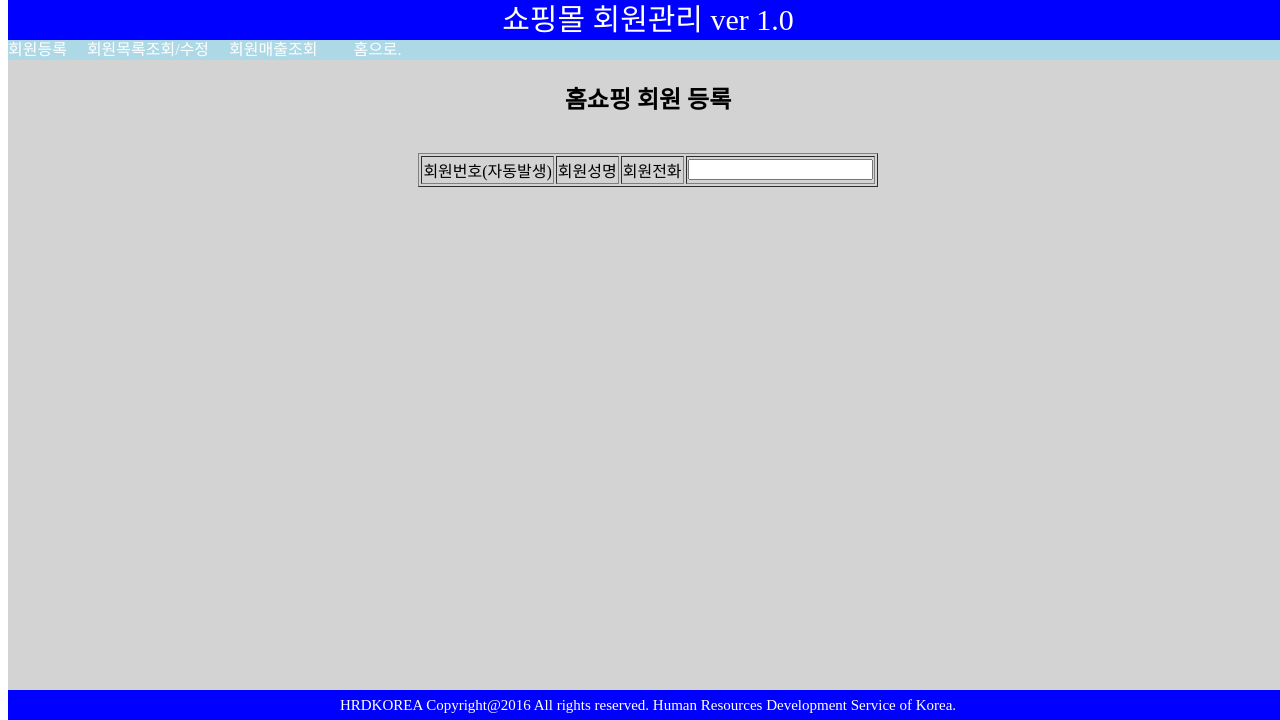
Repository: leesuyeon116/HRD_1
Page: http://localhost/HRD_0416/join.jsp
An editor plug-in stored every save of this project. The page is shown before and after the next save, followed by the edit.
The browser window is 1280 px wide. The pictures show the whole page.
The page is served by Tomcat 9.

Above is the page before, as saved 2024-04-17 00:14:09.

After the next save:
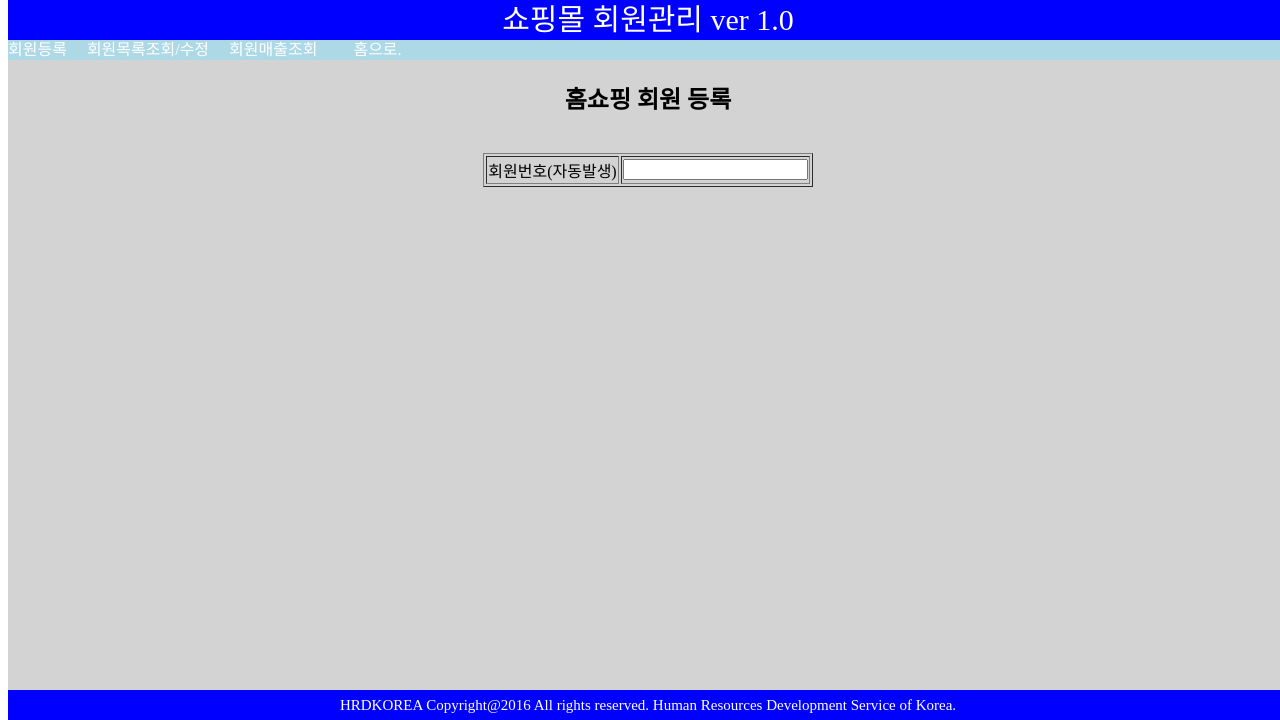
Saved 27 s later.
--- a/HRD_0416/src/main/webapp/join.jsp
+++ b/HRD_0416/src/main/webapp/join.jsp
@@ -15,8 +15,6 @@
 	<table border="1">
 		<tr>
 			<td>회원번호(자동발생)</td>
-			<td>회원성명</td>
-			<td>회원전화</td>
 			<td><input type="text" name="custno"></td>
 		</tr>
 
